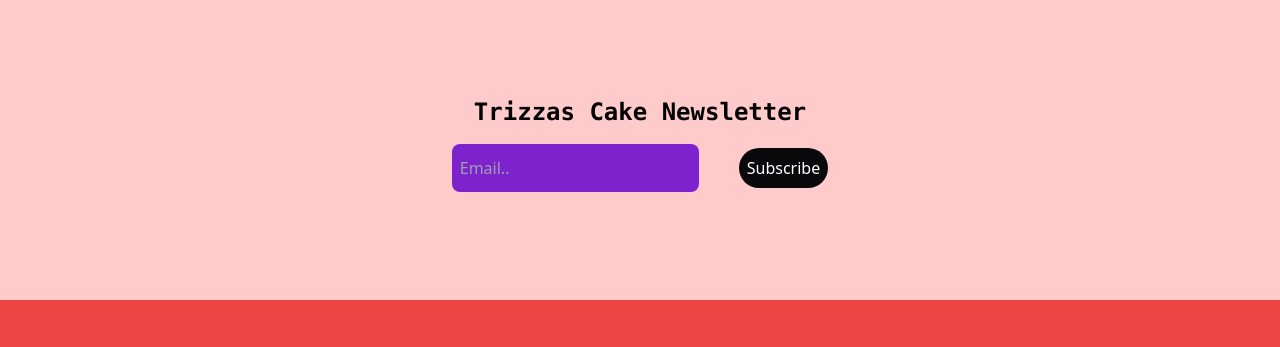
Repository: Semanmernstack/mailchimp-newsletter
Page: /
These files come from the project's save history. The page is drawn as it stood at one moment and after the next save; the edit follows.
The browser window is 1280 px wide. The pictures show the whole page.
The project was rebuilt for these pictures with package versions that can differ from the ones it lists, and the page was loaded fresh each time. The framework's server and built-in components were replaced by stand-ins that run in the browser. Also part of the build but not shown: next.config.js.

Above is the page before, as saved 2023-05-26 03:11:21.

After the next save:
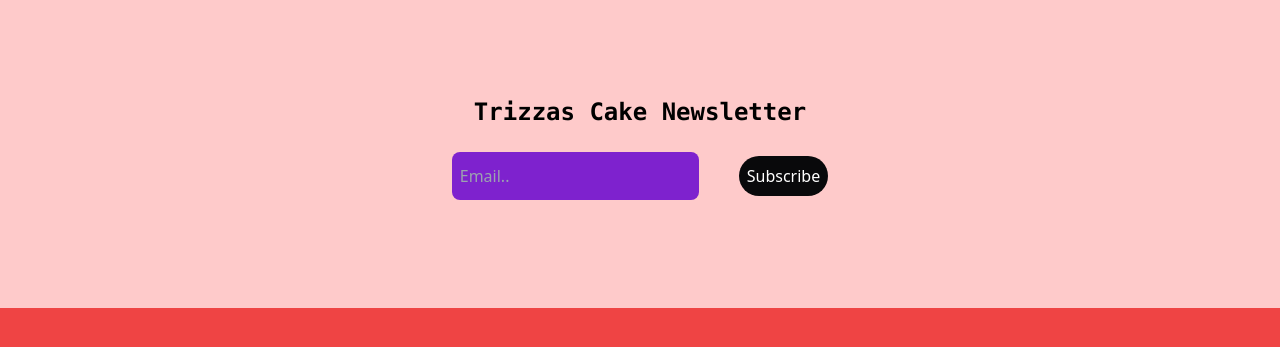
Saved 27 s later.
--- a/app/components/Mailing.tsx
+++ b/app/components/Mailing.tsx
@@ -39,7 +39,7 @@
                     className="outline-none text-white bg-purple-700 h-12 mb-3 p-2 rounded-lg mr-10 border-none from-fuchsia-400 "
 
                  />
-                 <button className="cursor-pointer text-white bg-zinc-950 p-2 rounded-3xl " type='submit'  disabled={!input}    >
+                 <button className="cursor-pointer mt-3 text-white bg-zinc-950 p-2 rounded-3xl " type='submit'  disabled={!input}    >
                     Subscribe
                  </button>
             </div>
